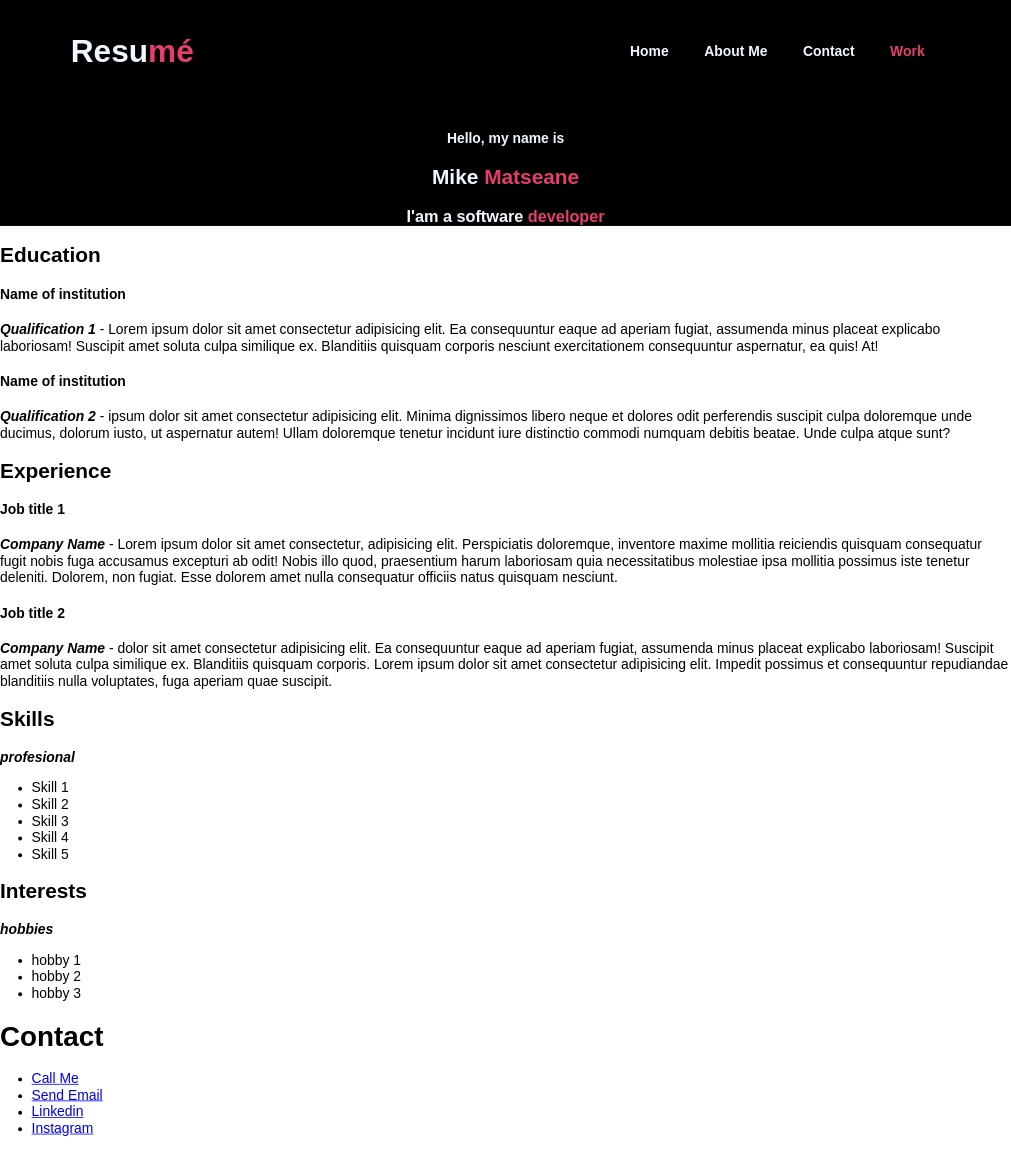
Repository: mikempho/Resume1
Page: resume1.html
The author's editor kept a copy of each file at every save. The page is drawn from the files as they stood at one save, then again after the next save.
The browser window is 1280 px wide. The pictures show the whole page, at 79% of full size.

Above is the page before, as saved 2022-03-26 09:54:59.

### resume1.html
<html lang="en">
<head>
    <meta charset="UTF-8">
    <meta http-equiv="X-UA-Compatible" content="IE=edge">
    <meta name="viewport" content="width=device-width, initial-scale=1.0">
    <link rel="stylesheet" href="./css/stylesheet.css">
    <title>Mike Matseane</title>
</head>
<body>

    <section>

        <div class="hero">
            <!-- Navigation Bar -->
            <nav class="navbar">
                <h2 class="resume-logo">Resu<span>mé</span></h2>
                <ul>
                    <li><a href="resume1.html">Home</a></li>
                    <li><a href="#education">About Me</a></li>
                    <li><a href="#contact-info">Contact</a></li>
                    <li><a href="#"><span>Work</span></a></li>
                </ul>
            </nav>

            <div class="intro">
                <!-- <img src="" alt="Profile-Img"> -->
                <h4>Hello, my name is </h4>
                <h1>Mike <span>Matseane</span></h1>
                <h3>I'am a software <span>developer</span></h3>
            </div>

        </div>

        <article>
            <!-- Education Section -->

            <div id="education">
                <h2>Education</h2>
                <div class="container">
                    <h4>Name of institution</h4>
                    <p><strong><em>Qualification 1</em></strong> - Lorem ipsum dolor sit amet consectetur adipisicing elit. Ea consequuntur eaque ad aperiam fugiat, assumenda minus placeat explicabo laboriosam! Suscipit amet soluta culpa similique ex. Blanditiis quisquam corporis nesciunt exercitationem consequuntur aspernatur, ea quis! At!</p>
                </div>
                <div class="container">
                    <h4>Name of institution</h4>
                    <p><strong><em>Qualification 2</em></strong> - ipsum dolor sit amet consectetur adipisicing elit. Minima dignissimos libero neque et dolores odit perferendis suscipit culpa doloremque unde ducimus, dolorum iusto, ut aspernatur autem! Ullam doloremque tenetur incidunt iure distinctio commodi numquam debitis beatae. Unde culpa atque sunt?</p>
                </div>
            </div>

            <!-- Experience Section-->
            <div id="experience">
                <h2>Experience</h2>
                <div class="container">
                    <h4>Job title 1</h4>
                    <p><strong><em>Company Name</em></strong> - Lorem ipsum dolor sit amet consectetur, adipisicing elit. Perspiciatis doloremque, inventore maxime mollitia reiciendis quisquam consequatur fugit nobis fuga accusamus excepturi ab odit! Nobis illo quod, praesentium harum laboriosam quia necessitatibus molestiae ipsa mollitia possimus iste tenetur deleniti. Dolorem, non fugiat. Esse dolorem amet nulla consequatur officiis natus quisquam nesciunt.</p>
                </div>
                <div class="container">
                    <h4>Job title 2</h4>
                    <p><strong><em>Company Name</em></strong> - dolor sit amet consectetur adipisicing elit. Ea consequuntur eaque ad aperiam fugiat, assumenda minus placeat explicabo laboriosam! Suscipit amet soluta culpa similique ex. Blanditiis quisquam corporis. Lorem ipsum dolor sit amet consectetur adipisicing elit. Impedit possimus et consequuntur repudiandae blanditiis nulla voluptates, fuga aperiam quae suscipit.</p>
                </div>
            </div>

            <!-- Skills Section -->
            <div id="skills">
                <h2>Skills</h2>
                <div>
                    <p><strong><em>profesional</em></strong></p>
                    <ul>
                        <li>Skill 1</li>
                        <li>Skill 2</li>
                        <li>Skill 3</li>
                        <li>Skill 4</li>
                        <li>Skill 5</li>
                    </ul>
                </div>
            </div>
            <div id="interests">
                <h2>Interests</h2>
                <div>
                    <p><strong><em>hobbies</em></strong></p>
                    <ul>
                        <li>hobby 1</li>
                        <li>hobby 2</li>
                        <li>hobby 3</li>
                    </ul>
                </div>
            </div>
        </article>
    </section>


    <!-- Footer Section -->
    <footer>
        <div id="contact-info">
            <h1>Contact</h1>
            <ul>
                <!-- target(_blank) = New Tab -->
                <!-- Call Me -->
                <li><a href="tel:0681454887" target="_blank">Call Me</a></li>

                <!-- Send Email -->
                <li><a href="mailto:mikempho03@gmail.com" target="_blank">Send Email</a></li>

                <!-- Linkedin (Socials) -->
                <li><a href="https://www.linkedin.com/feed/" target="_blank">Linkedin</a></li>

                <!-- Instagram -->
                <li><a href="https://www.instagram.com/mike_mx.sa/tagged/" target="_blank">Instagram</a></li>
            </ul>
        </div>

    </footer>
</body>
</html>

### css/stylesheet.css
body{
  font-family:Arial, Helvetica, sans-serif;
  font-size:110%;
  margin: 0;
}

/* Hero Section */

.hero {
  background-color: #000;
  color: aliceblue;
  text-align: center;
}

span {
  color: E63E6D;
}

.resume-logo {
  font-size: 2.5rem;
  cursor: pointer;
}
.navbar {
  display: flex;
  align-items: center;
  justify-content: space-between;
  padding-top: 10px;
  padding-left:7%;
  padding-right:7%;
  padding-bottom: 20px;
}

nav ul li{
  list-style: none;
  display: inline;
  padding: 0 20px;
  font-weight: 600;
  font-size:1.1rem;
}

nav ul li a {
  text-decoration: none;
  color: aliceblue;
}

nav ul li a:hover {
  color: E63E6D;
  transition: 0.7s;
}



.intro {
  margin: 0;
}

After the next save:
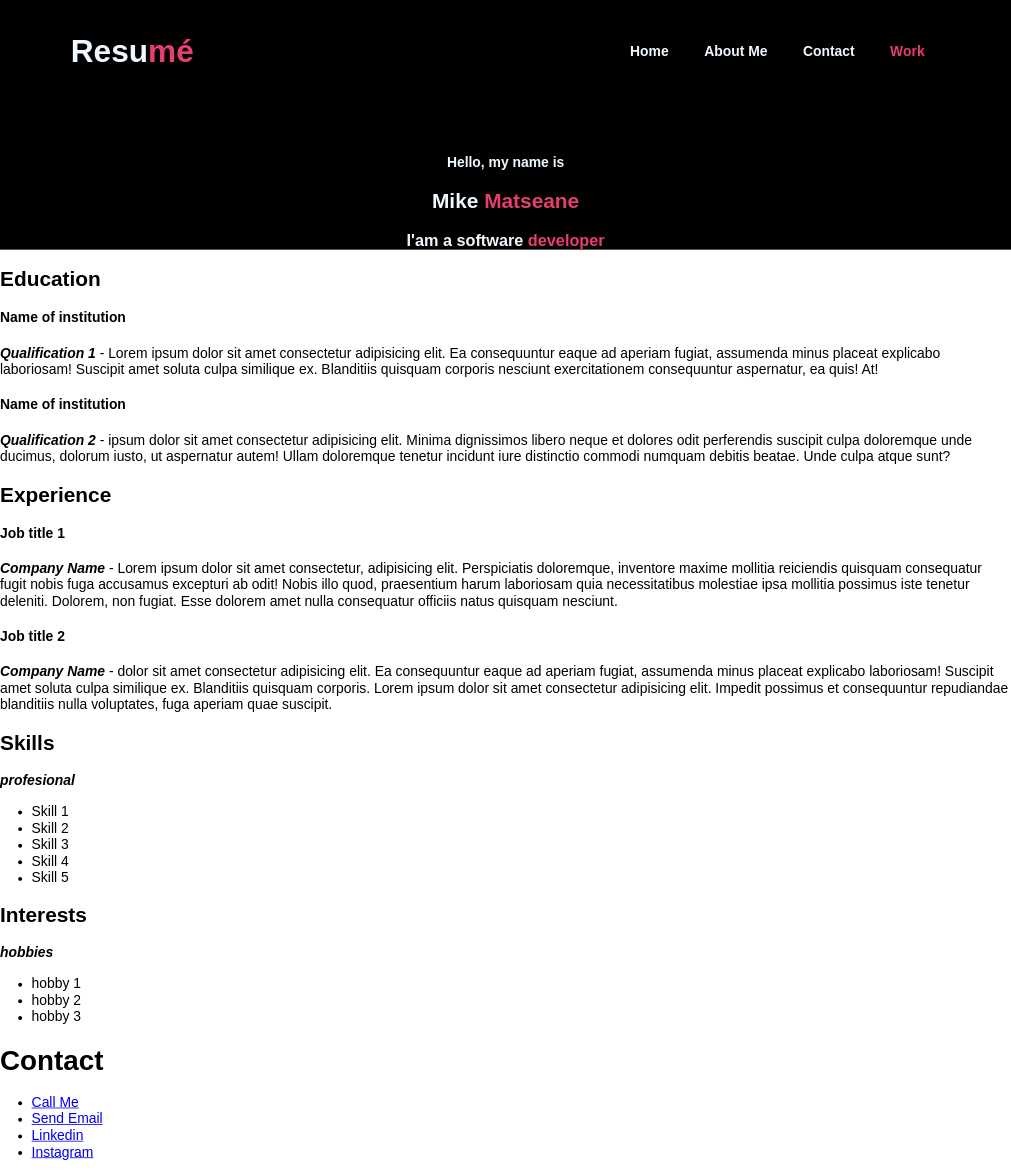
Saved 8 s later.
--- a/css/stylesheet.css
+++ b/css/stylesheet.css
@@ -27,7 +27,7 @@ span {
   padding-top: 10px;
   padding-left:7%;
   padding-right:7%;
-  padding-bottom: 20px;
+  padding-bottom: 50px;
 }
 
 nav ul li{
